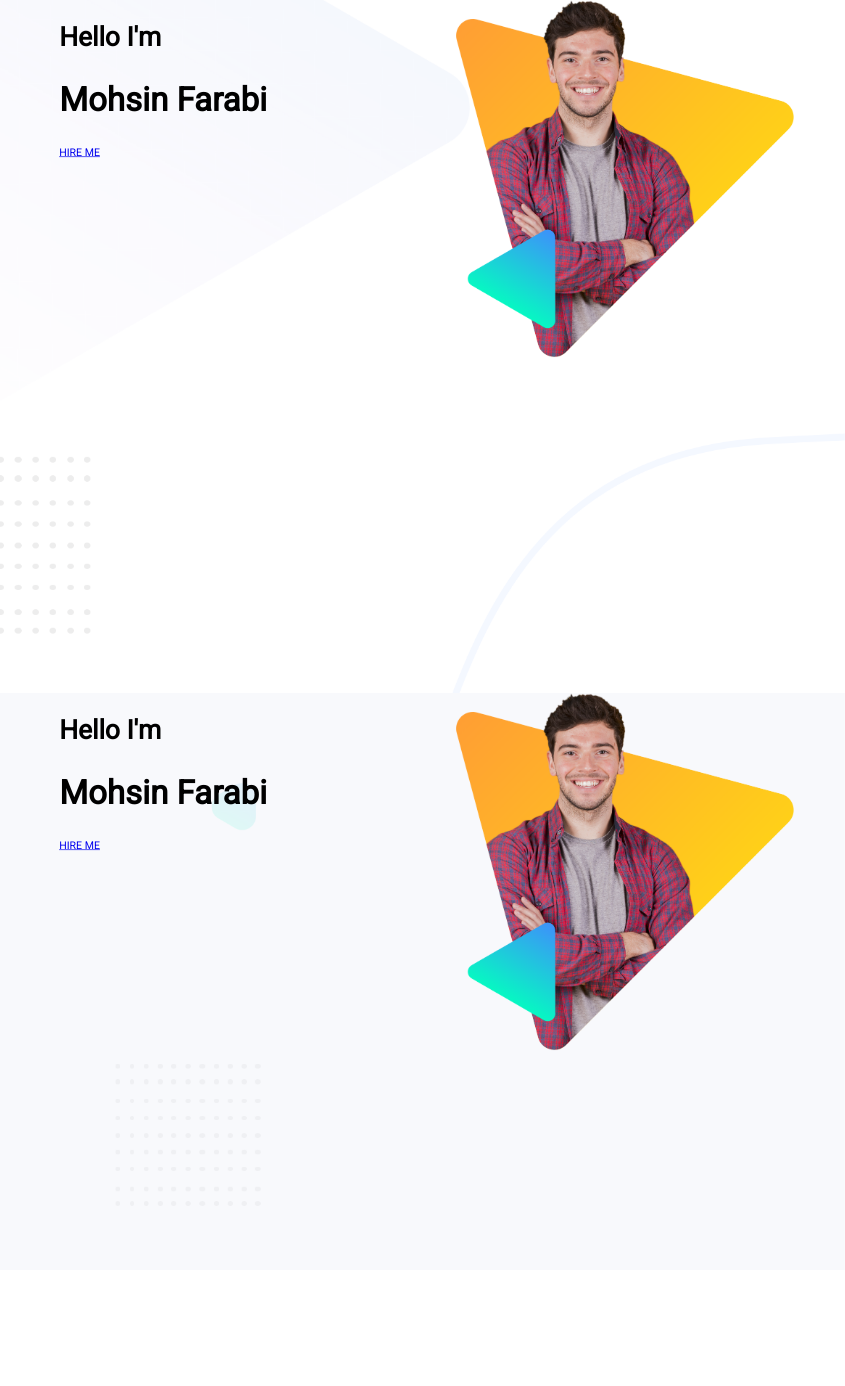
Repository: mohsinfarabi/personal-website
Page: index.html
These files come from the project's save history. The page is drawn as it stood at one moment and after the next save; the edit follows.
The browser window is 1280 px wide. The pictures show the whole page, at 66% of full size.

Above is the page before, as saved 2020-07-01 02:25:33.

After the next save:
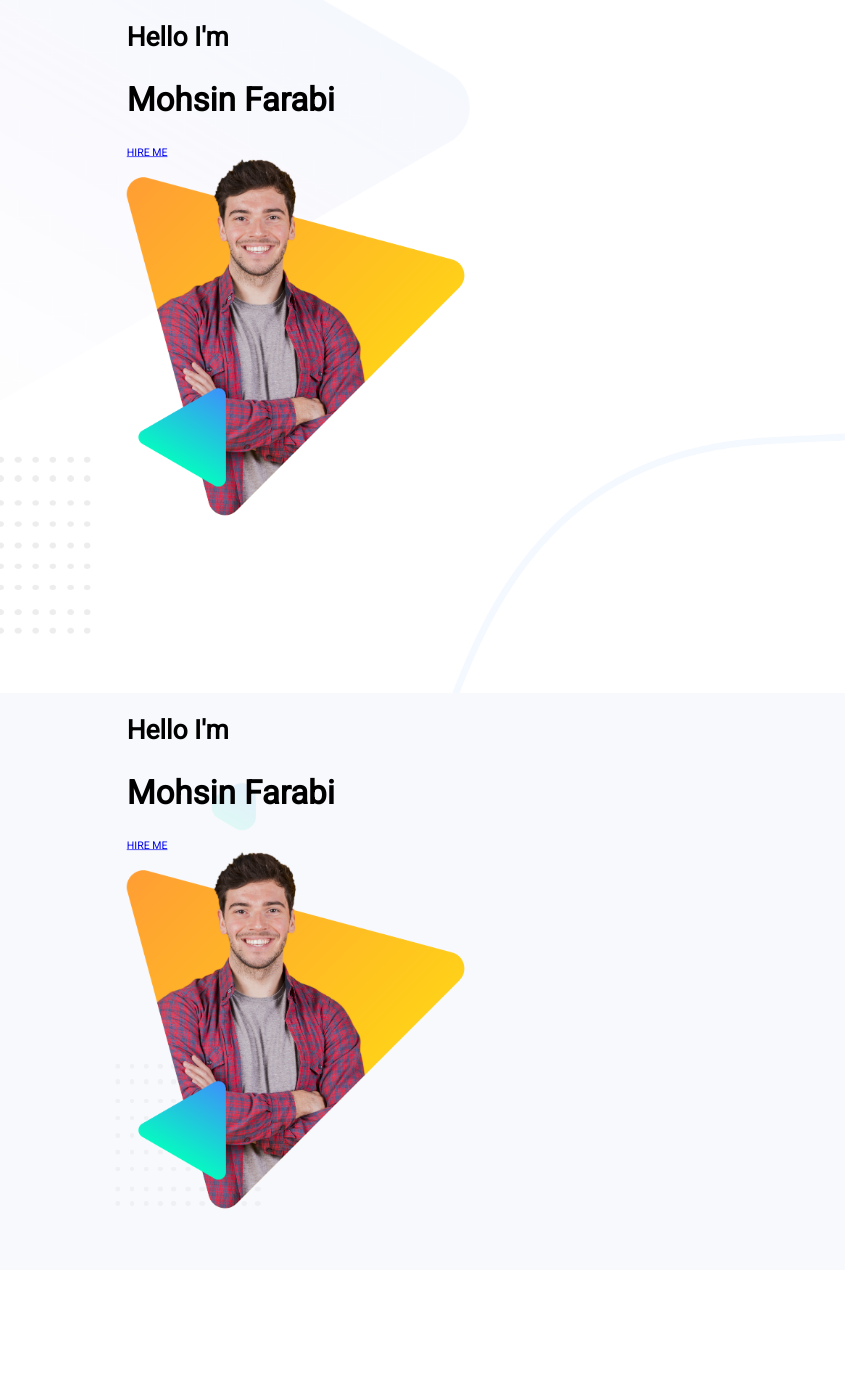
Saved 101 s later.
--- a/style.css
+++ b/style.css
@@ -34,7 +34,7 @@ section {
     width: 40%;
     float: left;
     margin-left: 5%;
-    padding-left: 2%;
+    padding-left: 10%;
 }
 
 .half-width img {
